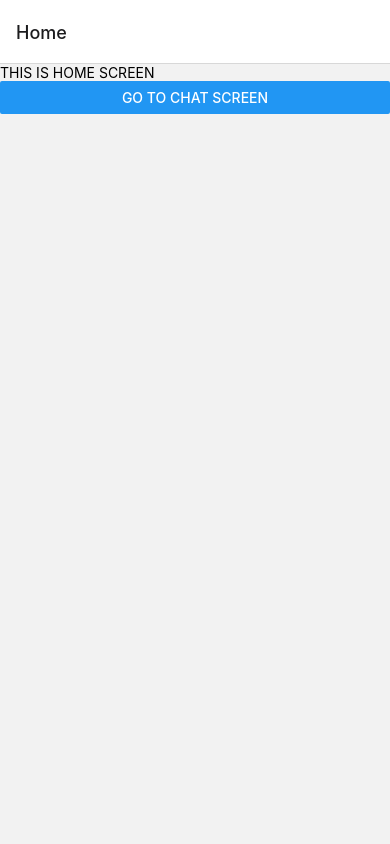
Repository: Leoka2000/tinder
Screen: /
The author's editor kept a copy of each file at every save. The screen is drawn from the files as they stood at one save, then again after the next save.
The app was drawn by React Native's web renderer in a window 390 px wide. The project was rebuilt for these pictures with package versions that can differ from the ones it lists, and the page was loaded fresh each time. Also part of the build but not shown: webpack.config.js, screens/chat-screen.js, screens/login-screen.js.

Above is the screen before, as saved 2023-06-12 18:36:53.

### App.js
import { NavigationContainer, useNavigation } from '@react-navigation/native';
import { Button, StyleSheet, Text, View } from 'react-native';
import StackNavigator from './stack-navigator';
import { AuthProvider } from './hooks/useAuth';

export default function App() {
  return (
    <NavigationContainer>
      <AuthProvider>
        <StackNavigator />
      </AuthProvider>
    </NavigationContainer>
  );
}

const styles = StyleSheet.create({
  container: {
    flex: 1,
    backgroundColor: '#fff',
    alignItems: 'center',
    justifyContent: 'center',
  },
});

### stack-navigator.js
import { View, Text } from 'react-native'
import React, { useState } from 'react'
import { createNativeStackNavigator } from '@react-navigation/native-stack'
import HomeScreen from './screens/home-screen';
import ChatScreen from './screens/chat-screen';
import LoginSreen from './screens/login-screen';
import { useAuth } from './hooks/useAuth';


const Stack = createNativeStackNavigator();

const StackNavigator = () => {
  const {user} = useAuth();
  console.log(user)

  return (
    <Stack.Navigator>
       {user ? (
        <>
          <Stack.Screen name='Home' component={HomeScreen} />
          <Stack.Screen name='Chat' component={ChatScreen} />
        </>
       ) : (
        <Stack.Screen name='Login' component={LoginSreen} />
       )}
    </Stack.Navigator>
  )
}

export default StackNavigator

### hooks/useAuth.js
import { View, Text } from 'react-native'
import React, { createContext, useContext } from 'react'

export const AuthContext = createContext({});

export const AuthProvider = ({children}) => {
  return (
    <AuthContext.Provider
    value={{
        user: 'Sonny'
    }}>
        {children}
    </AuthContext.Provider>
  )
}

export function useAuth() {
  return useContext(AuthContext);
}

### screens/home-screen.js
import { View, Text, Button } from 'react-native'
import React from 'react'
import { useNavigation } from '@react-navigation/native'

const HomeScreen = () => {
  const navigation = useNavigation();

  return (
    <View>
      <Text >THIS IS HOME SCREEN</Text>
      <Button title='Go to Chat Screen' onPress={() => {navigation.navigate("Chat")}} />
    </View>
  )
}

export default HomeScreen

After the next save:
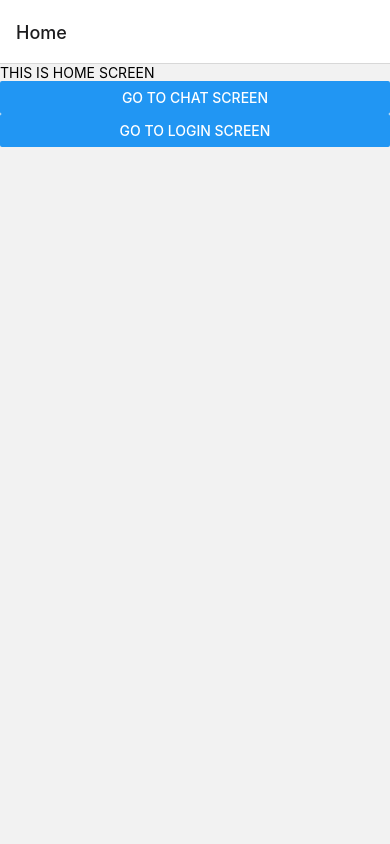
Saved 31 s later.
--- a/screens/home-screen.js
+++ b/screens/home-screen.js
@@ -9,6 +9,7 @@ const HomeScreen = () => {
     <View>
       <Text >THIS IS HOME SCREEN</Text>
       <Button title='Go to Chat Screen' onPress={() => {navigation.navigate("Chat")}} />
+      <Button title='Go to Login Screen' onPress={() => {navigation.navigate("Login")}} />
     </View>
   )
 }
